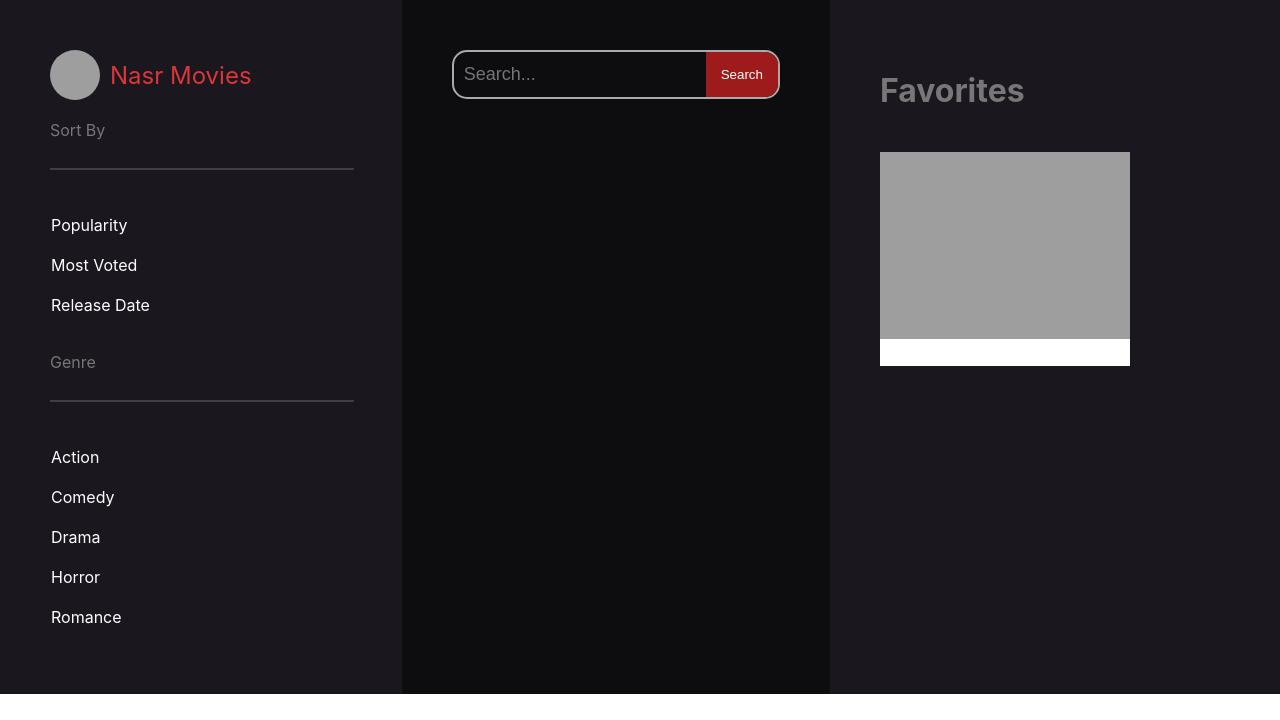
Repository: MoNasr2022/movie-app
Page: /
These files come from the project's save history. The page is drawn as it stood at one moment and after the next save; the edit follows.
The browser window is 1280 px wide. The pictures show the whole page.
Pictures or frames that could not be fetched are drawn as grey boxes. The page's requests for data from a server got no answer. The project was rebuilt for these pictures with package versions that can differ from the ones it lists, and the page was loaded fresh each time. No one was signed in, and anything a server would have sent is missing. Also part of the build but not shown: src/components/card/Card.module.scss, src/components/card/Card.tsx.

Above is the page before, as saved 2023-03-27 02:56:09.

After the next save:
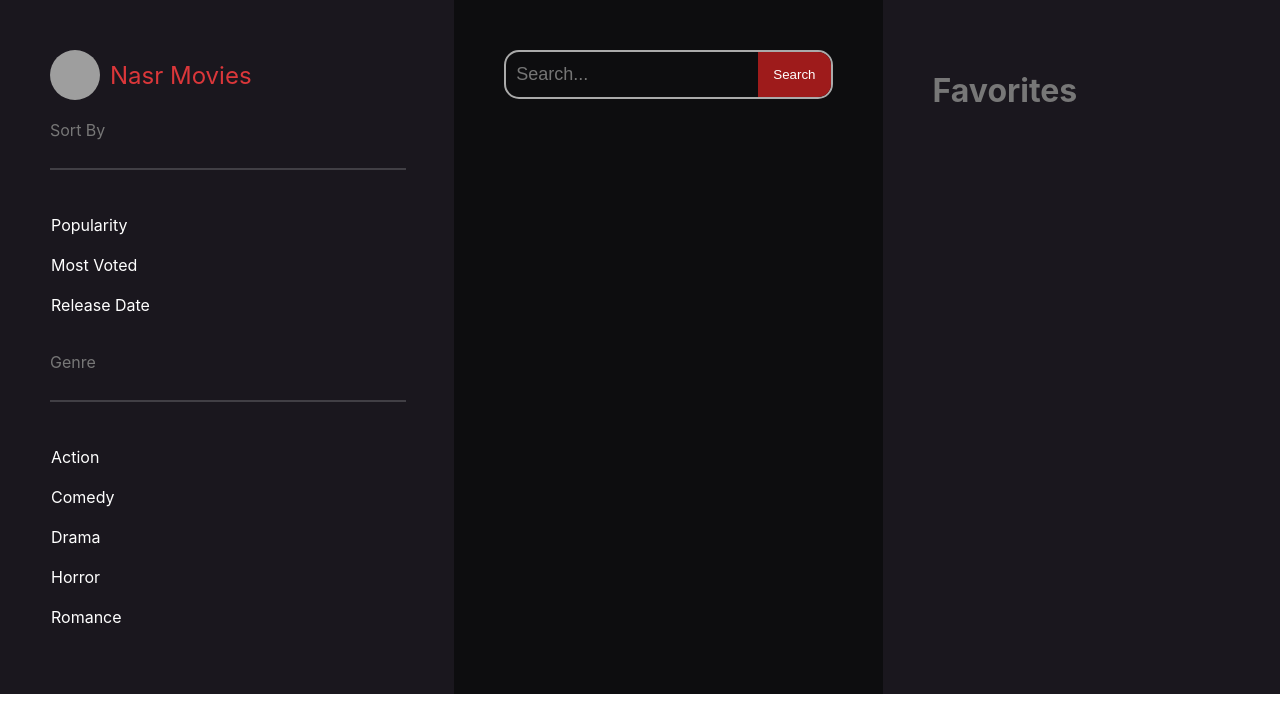
Saved 39 s later.
--- a/src/components/favorite/Favorite.tsx
+++ b/src/components/favorite/Favorite.tsx
@@ -26,7 +26,7 @@ export const Favorite = ({ className, movie }: FavoriteProps) => {
     return (
         <div className={classNames(styles.root, className)}>
         <h1> Favorites </h1>
-            <FavoriteCard movie={state}/>
+
         </div>
     );
 };
